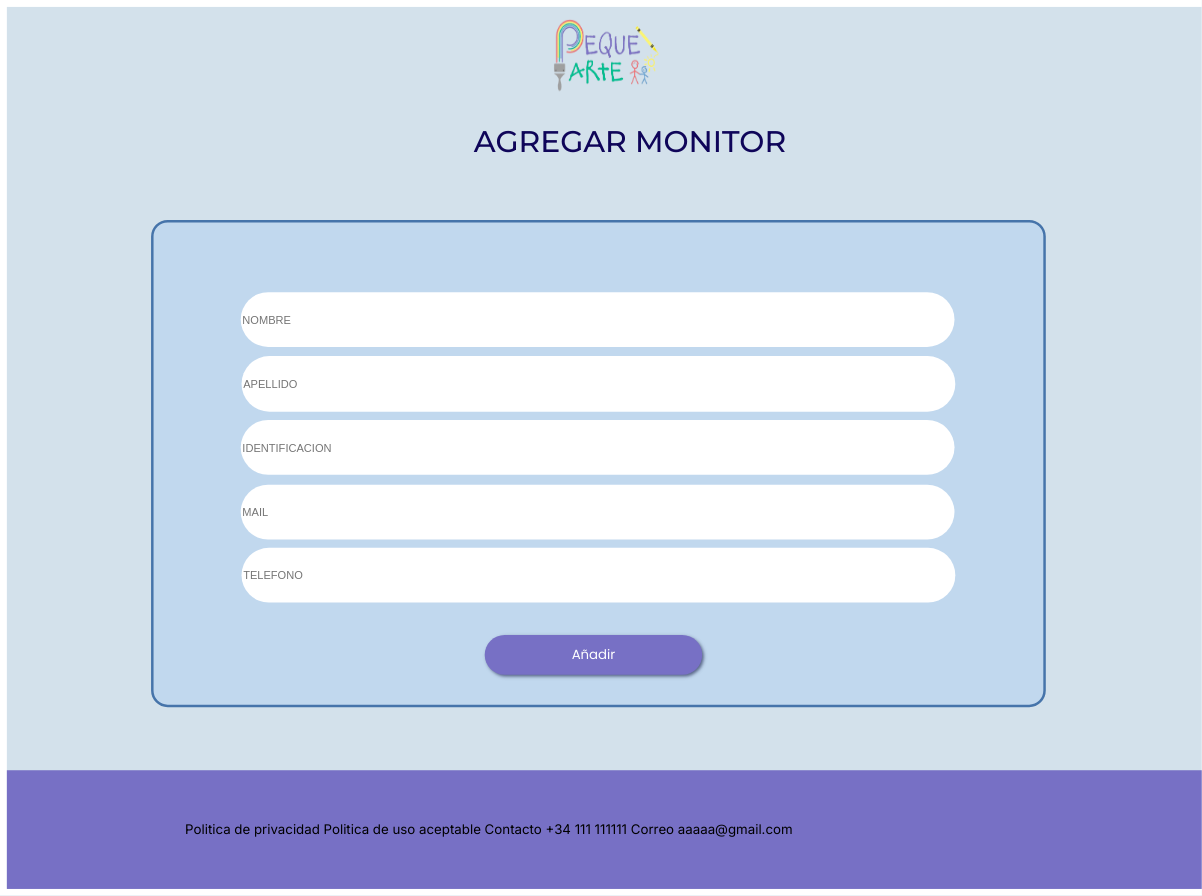
Repository: maariadomiingo/Proyecto-Integrador-Campamento
Page: html/agregarMonitor.html
These files come from the project's save history. The page is drawn as it stood at one moment and after a run of saves; the edit follows.
The browser window is 1280 px wide. The page is 1448 px wide, so the pictures cover 1448 px, including what lies to the right of the window. The pictures show the whole page, at 83% of full size.

Above is the page before, as saved 2025-02-13 11:02:46.

After the next 4 saves:
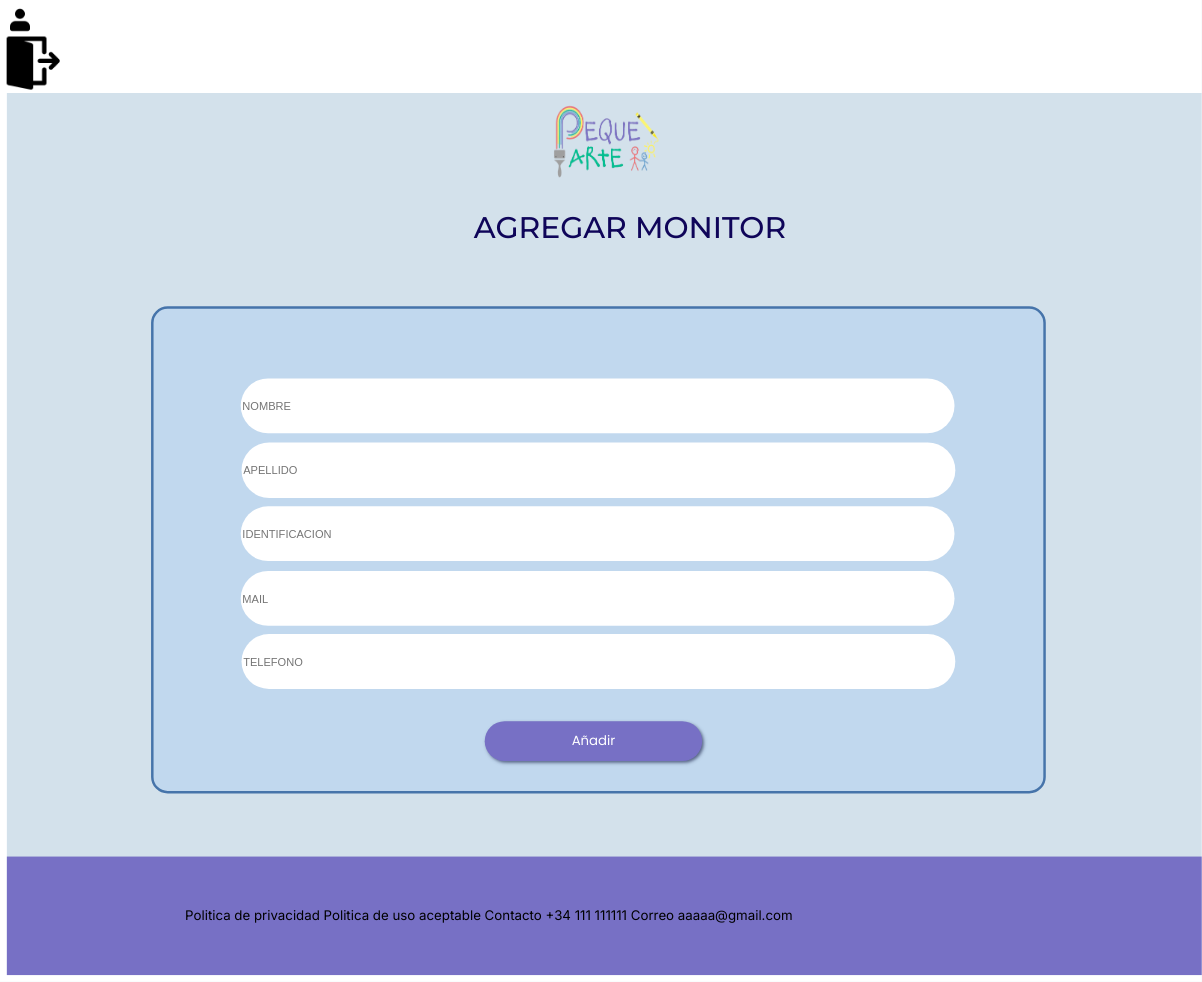
The 4 saves are shown as one change because they came seconds apart.
The last was saved 98 s later.
--- a/html/agregarMonitor.html
+++ b/html/agregarMonitor.html
@@ -10,6 +10,13 @@
     <link rel="stylesheet" href="../css/agregarMonitor.css" />
   </head>
   <body>
+      <!-- Iconos de usuario y salir -->
+  <div class="circulo"></div>
+  <img class="icono-usuario" src="../img/user.png" />
+  <div class="circulo-salir">
+    <img class="icono-salir" src="../img/cerrar-sesion.png" />
+  </div>
+
 
     <div class="main-container">
       <img src="../img/logo sin fondo.png" class="logo" />
